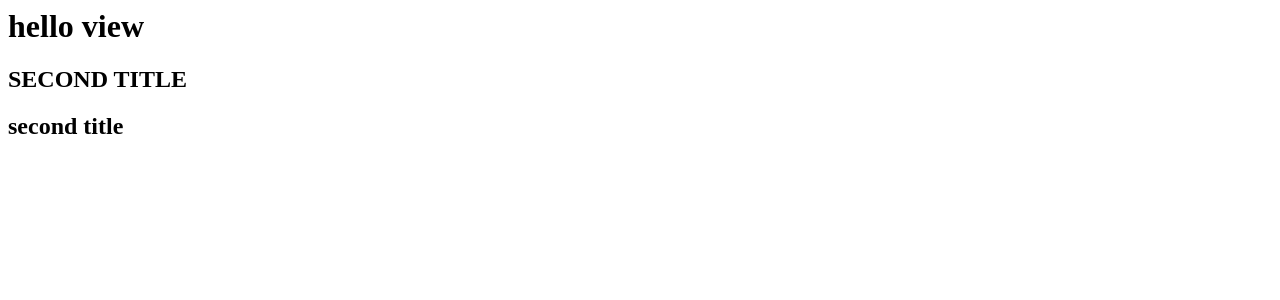
Repository: Matt-Thew/libLang
Page: vue/cnd.html
These files come from the project's save history. The page is drawn as it stood at one moment and after the next save; the edit follows.
The browser window is 1280 px wide. The pictures show the whole page.

Above is the page before, as saved 2019-04-20 18:23:52.

### vue/cnd.html
<script src="https://cdn.jsdelivr.net/npm/vue"></script>


<div class="hello-vue">
    <h1>{{ title }}</h1>
</div>

    <div class="second">

        <h2 v-on:click="">{{ title.toUpperCase() }}</h2>
        <h2 v-on:click="sayHello">{{ title }}</h2>
        <!-- <h3 v-text="title"> helo v-text</h3> -->
        <!-- <h4 v-on:click="sayHello">just click here</h4> -->
    </div>


<script>


    const helloWorld = new Vue({
        el: '.hello-vue',
        data:{
            title:"hello view"
        }
    });

    const second = new Vue({
        el: '.second',
        data:{
            title:"second title"
        },
        methods: {
            sayHello: function(){
                alert(this.title);
            },
            showDetail: function(){

            }
        }
    });
</script>

After the next save:
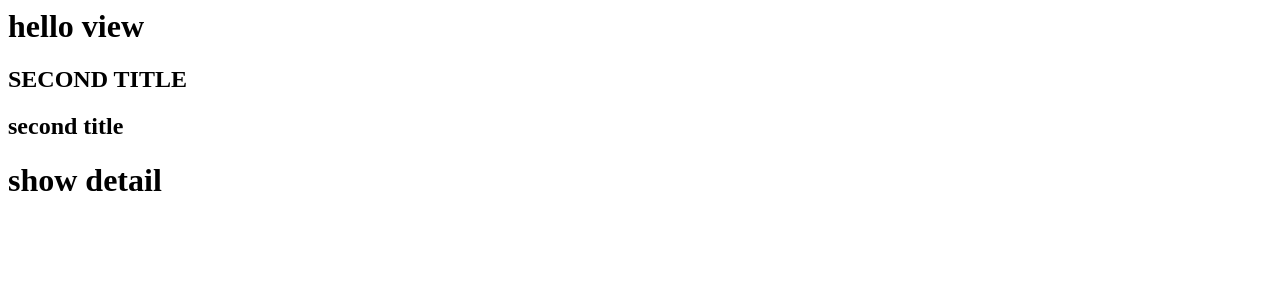
Saved 74 s later.
--- a/vue/cnd.html
+++ b/vue/cnd.html
@@ -11,6 +11,9 @@
         <h2 v-on:click="sayHello">{{ title }}</h2>
         <!-- <h3 v-text="title"> helo v-text</h3> -->
         <!-- <h4 v-on:click="sayHello">just click here</h4> -->
+        <div v-show="showDetail">
+            <h1>show detail</h1>
+        </div>
     </div>
 
 
